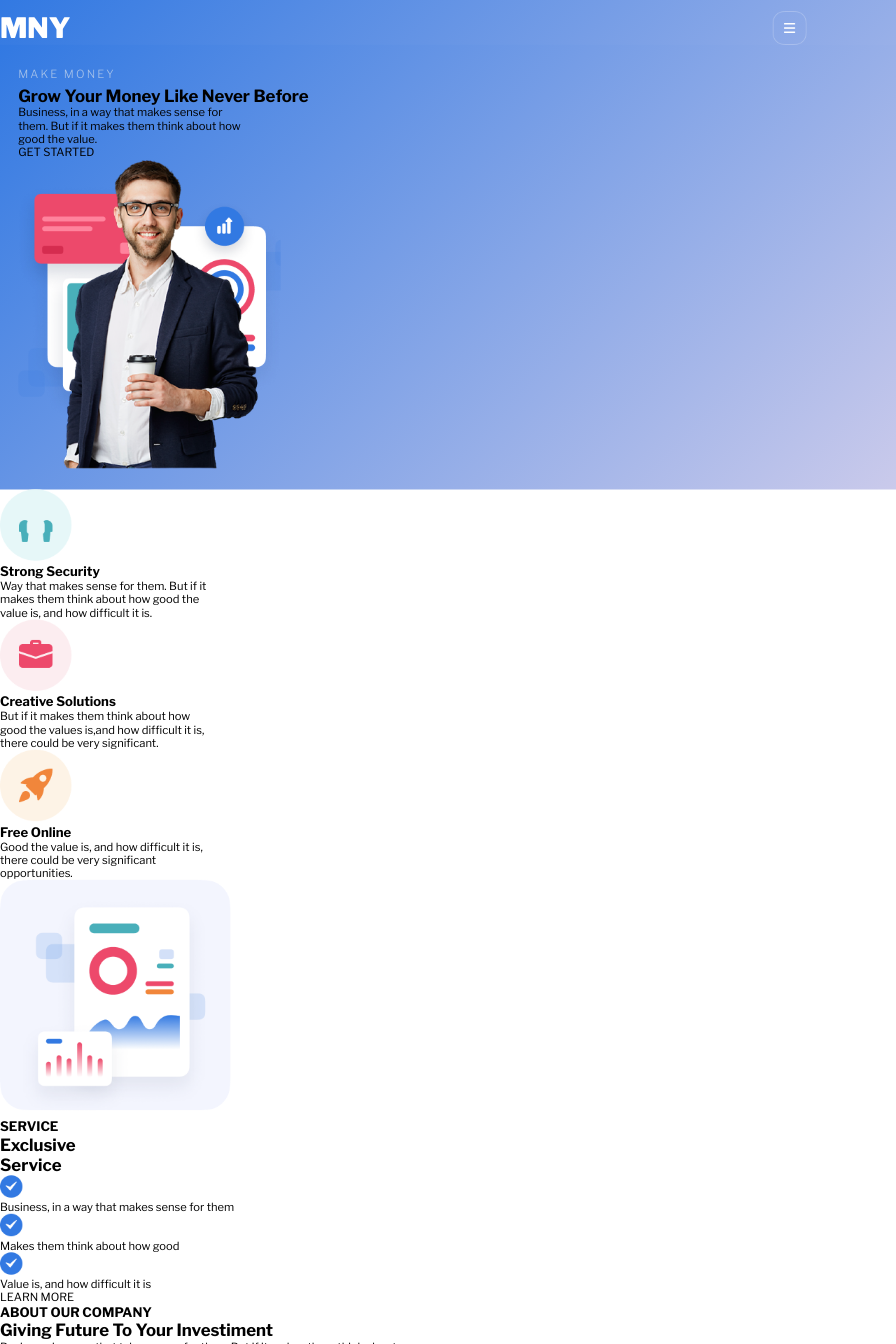
Repository: juniorAntunes910/Make-Money-Design-Avaliacao
Page: index.html
These files come from the project's save history. The page is drawn as it stood at one moment and after a run of saves; the edit follows.
The browser window is 1280 px wide. The pictures show the part of the page from y = 0 to 1920 px (the page is 4676 px tall before and 4694 px after), at 70% of full size.

Above is the page before, as saved 2026-03-13 08:15:14.

After the next 3 saves:
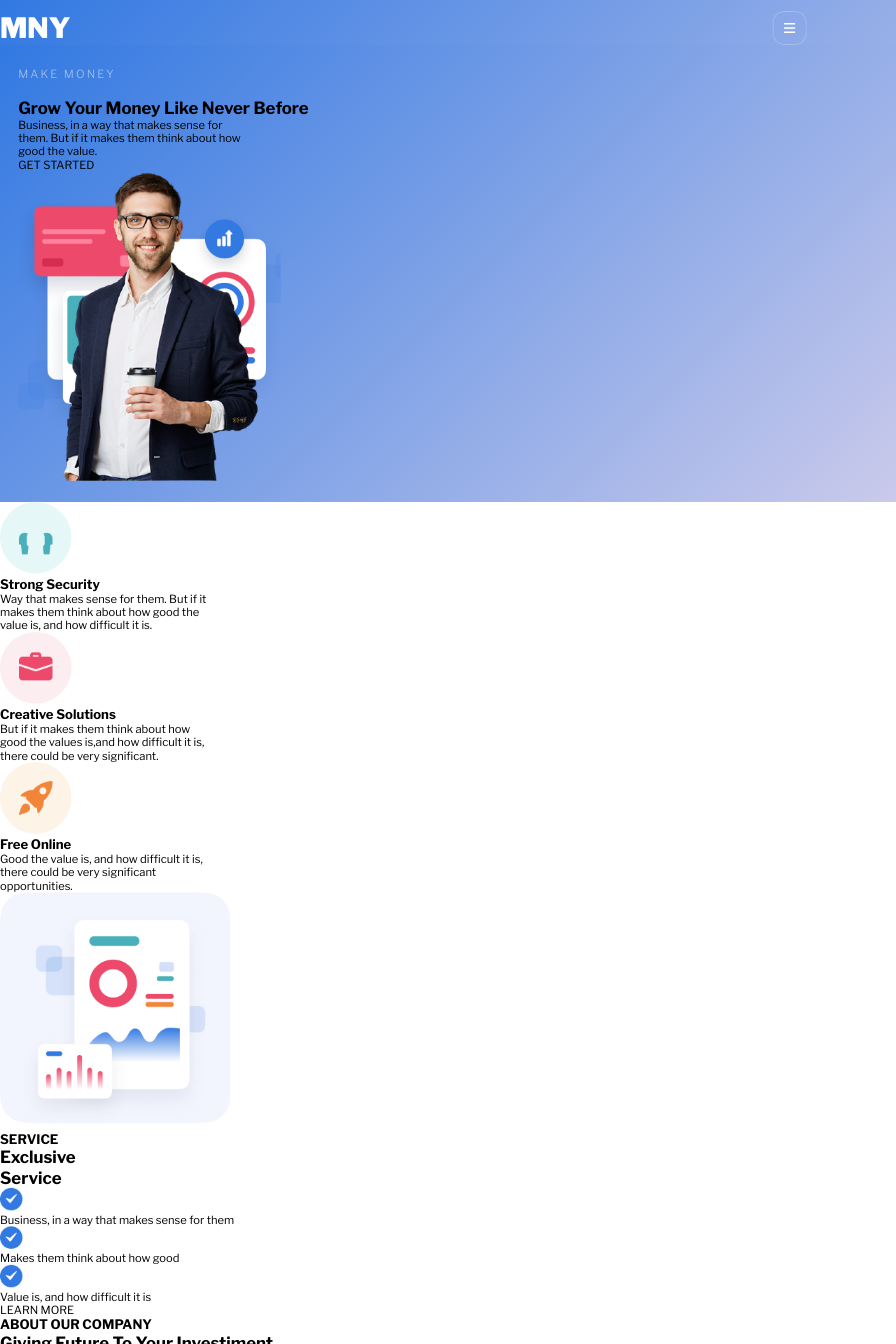
The 3 saves are shown as one change because they came seconds apart.
The last was saved 10 s later.
--- a/style.css
+++ b/style.css
@@ -110,5 +110,6 @@ header nav{
 }
 
 .hero-header-title {
-
+    margin-top: 1.125rem;
+    font-size: ;
 }
